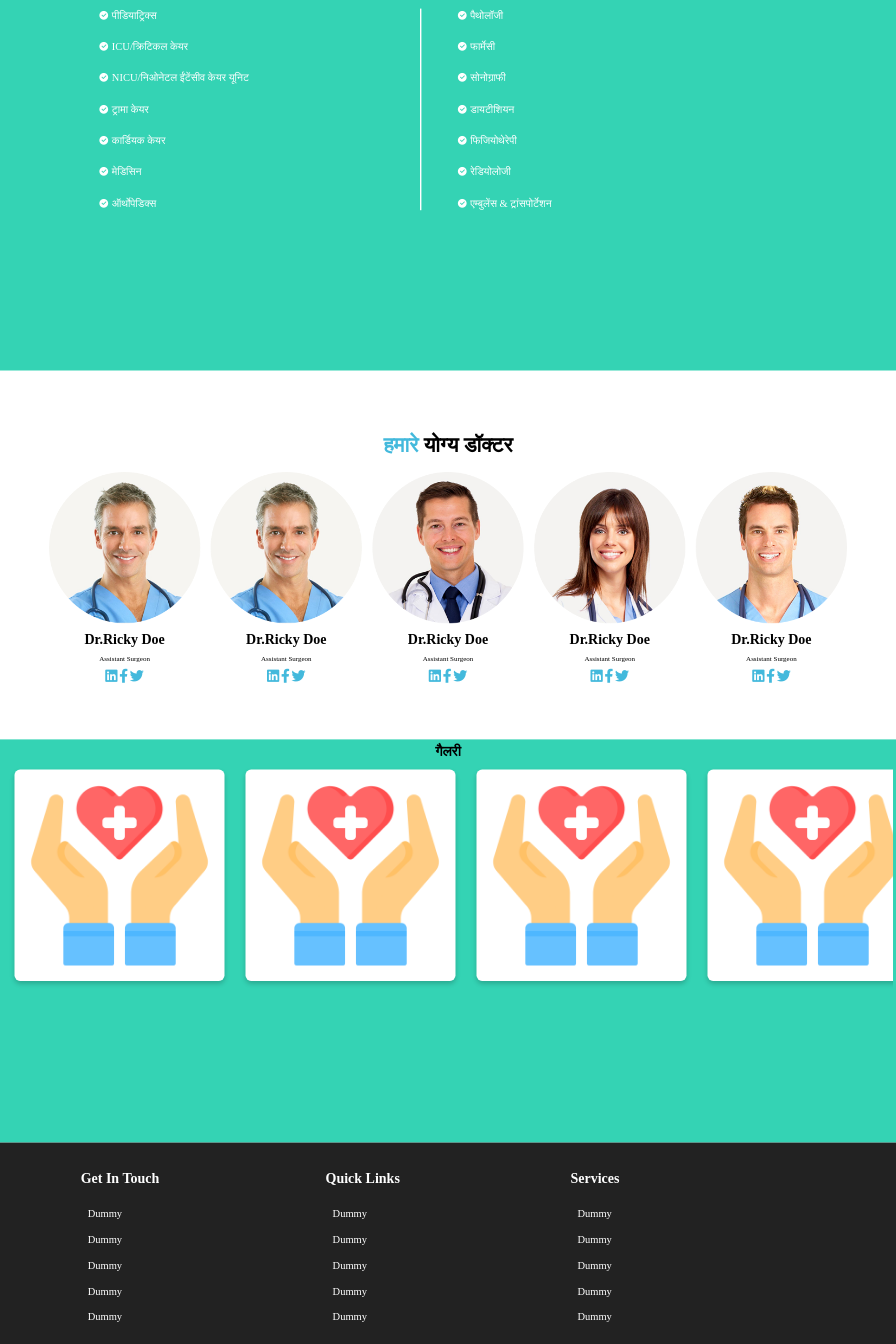
Repository: Aayush919/test
Page: index.html
The author's editor kept a copy of each file at every save. The page is drawn from the files as they stood at one save, then again after a run of saves.
The browser window is 1280 px wide. The pictures show the part of the page from y = 2466 to 4386 px (the page is 4386 px tall), at 70% of full size.
Some web libraries are served in a nearby version.

Above is the page before, as saved 2023-10-15 13:07:25.
Console error: TypeError: Cannot read properties of null (reading 'addEventListener')

After the next 4 saves:
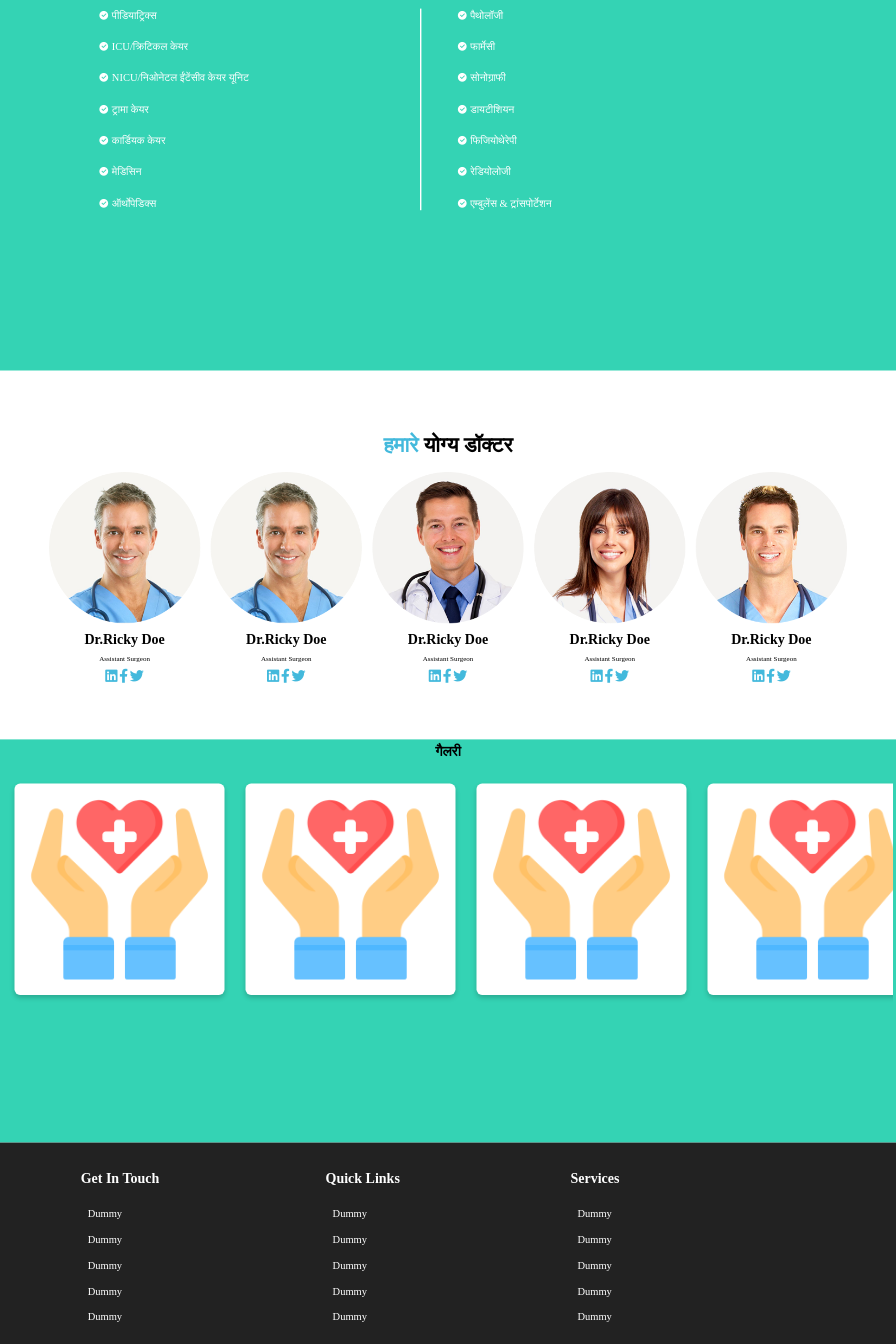
The 4 saves are shown as one change because they came seconds apart.
The last was saved 14 s later.
--- a/style.css
+++ b/style.css
@@ -515,6 +515,7 @@ section-container {
     align-self:center;
     justify-content: center;
     font-size: 2rem;
+    margin-bottom: 2rem;
   }
 
 
